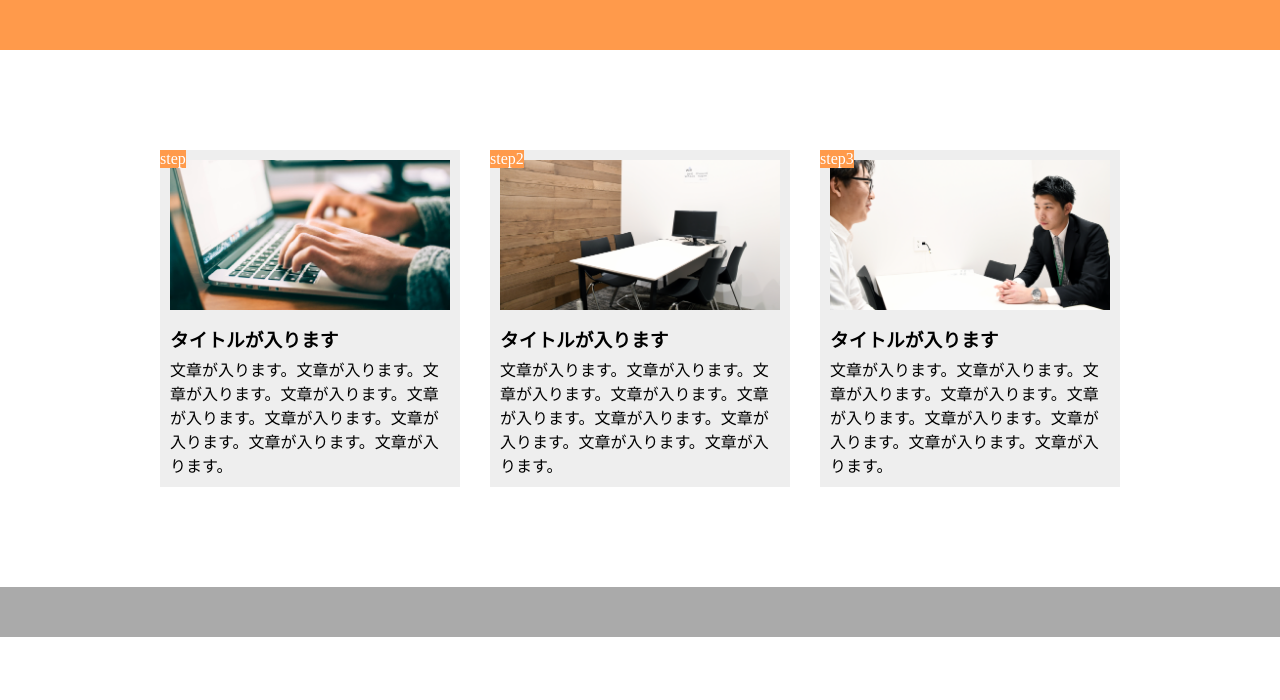
Repository: cyaomasa/java-
Page: chapter9/index9-2.html
The author's editor kept a record of every edit. The page is drawn from the files as they stood at one moment, then again after the next edit.
The browser window is 1280 px wide. The pictures show the whole page.
Some web libraries are served in a nearby version.

Above is the page before.

### chapter9/index9-2.html
<!DOCTYPE html>
<html lang="ja">
  <head>
    <meta charset="UTF-8" />

    <title>演習9</title>
    <script src="https://kit.fontawesome.com/7dea513659.js" crossorigin="anonymous"></script>
    <link rel="stylesheet" href="style9-2.css" />
  </head>

  <body>
    <header></header>
    <main>
      <div class="blog-item">
        <div class="blog-image1"></div>
          <span class="category">step</span>
        <h3 class="title">タイトルが入ります</h3>
        <P>文章が入ります。文章が入ります。文章が入ります。文章が入ります。文章が入ります。文章が入ります。文章が入ります。文章が入ります。文章が入ります。</P>
      </div>

      <div class="blog-item">
        <div class="blog-image2"></div>
          <span class="category">step2</span>
        <h3 class="title">タイトルが入ります</h3>
        <P>文章が入ります。文章が入ります。文章が入ります。文章が入ります。文章が入ります。文章が入ります。文章が入ります。文章が入ります。文章が入ります。</P>
      </div>

      <div class="blog-item">
        <div class="blog-image3"></div>
          <span class="category">step3</span>
        <h3 class="title">タイトルが入ります</h3>
        <P>文章が入ります。文章が入ります。文章が入ります。文章が入ります。文章が入ります。文章が入ります。文章が入ります。文章が入ります。文章が入ります。</P>
      </div>
    </main>


    <footer></footer>
  </body>

### chapter9/style9-2.css
* {
  margin: 0;
  padding: 0;
  box-sizing: border-box;
}
header {
  height: 50px;
  background-color: #FF9A4B;
}

main {
  padding: 50px 0;
  width: 960px;
  display: flex;
  justify-content: center;
  margin: 50px auto;
}

.blog-item {
width: 300px;
padding: 10px;
margin-right: 30px;
background-color: #EEEEEE;
position: relative;
}

.blog-item:last-child {
  margin-right: 0;
}

.category {
  position: absolute;
  top: 0;
  left: 0;
  background-color: #FF9A4B;
  color: #FFFFFF;
}

.blog-image1 {
  background-image: url(img/flow01.png);
  height: 150px;
  background-position: bottom;
  background-size: cover;
}

.blog-image2 {
  background-image: url(img/flow02.png);
  height: 150px;
  background-position: bottom;
  background-size: cover;
}

.blog-image3 {
  background-image: url(img/flow03.png);
  height: 150px;
  background-position: bottom;
  background-size: cover;
}
.title {
  margin: 15px 0 5px;
}

footer {
  height: 50px;
  background-color: #AAAAAA;
}

@media screen and (max-width: 768px) {

header {
  width: 100%;
}

main {
  width: 100%;
  display: block;

}
}

After the next edit:
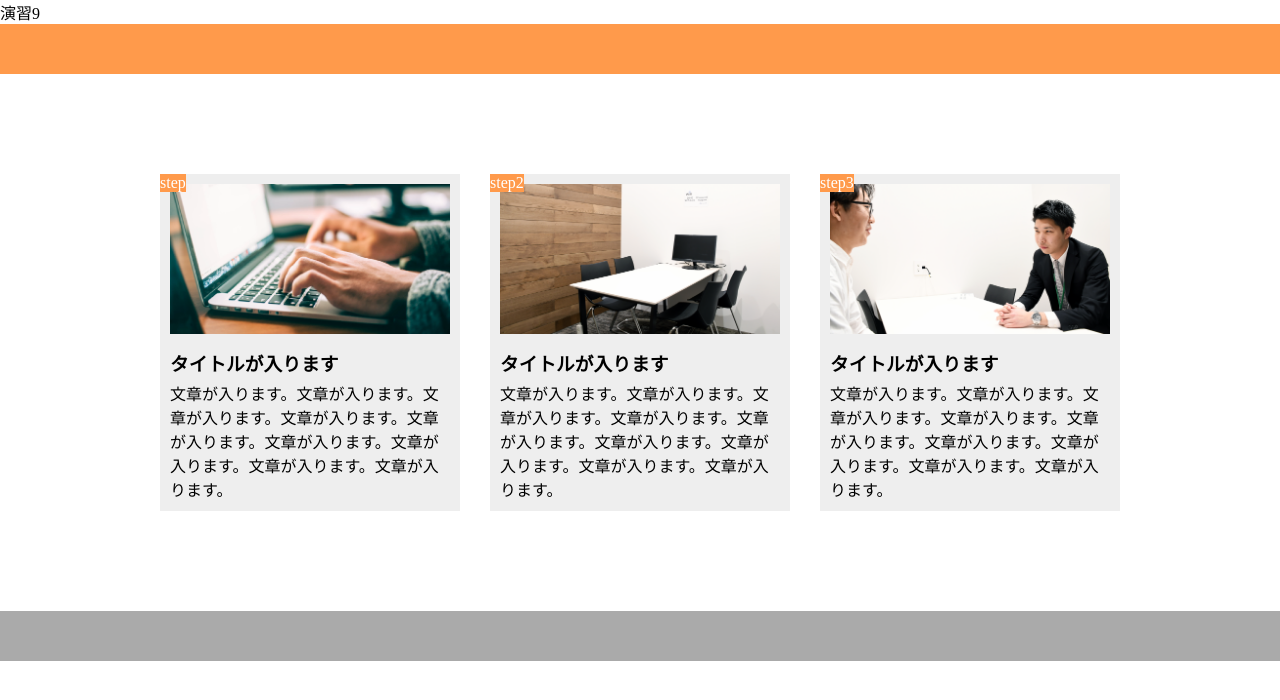
The edit:
--- a/chapter9/index9-2.html
+++ b/chapter9/index9-2.html
@@ -2,6 +2,7 @@
 <html lang="ja">
   <head>
     <meta charset="UTF-8" />
+    <meta na
 
     <title>演習9</title>
     <script src="https://kit.fontawesome.com/7dea513659.js" crossorigin="anonymous"></script>

After the edit that followed:
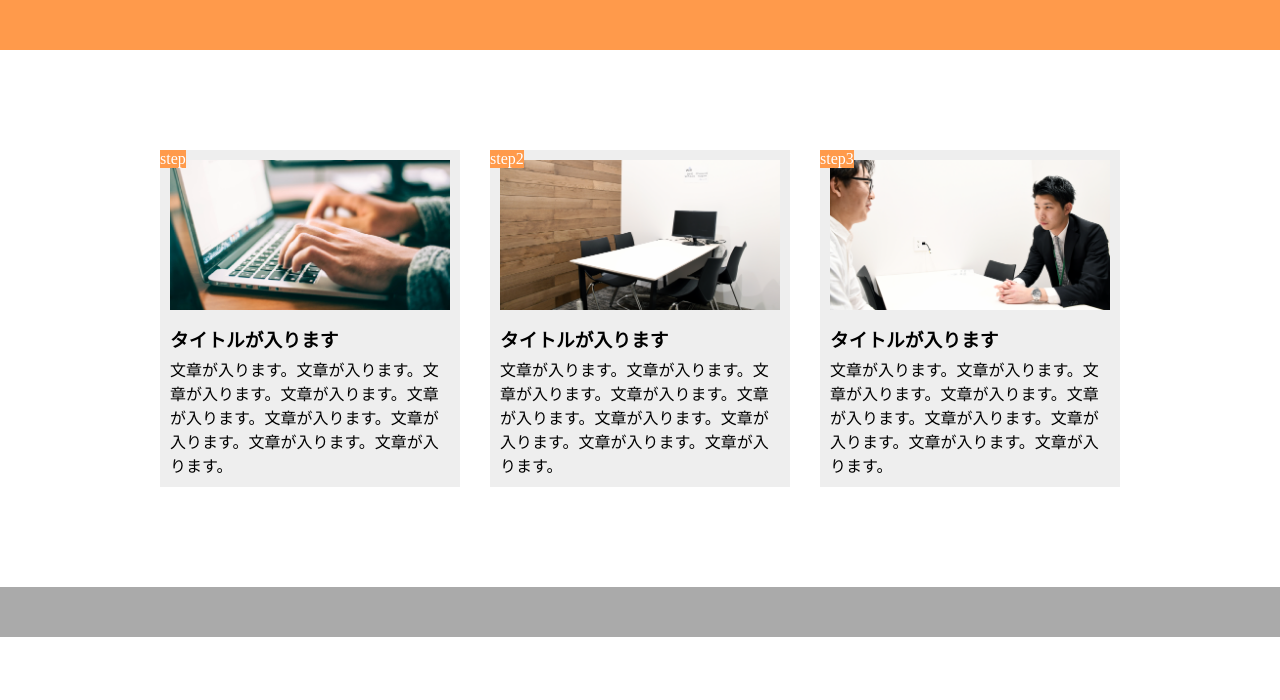
The edit:
--- a/chapter9/index9-2.html
+++ b/chapter9/index9-2.html
@@ -2,7 +2,7 @@
 <html lang="ja">
   <head>
     <meta charset="UTF-8" />
-    <meta na
+    <meta name="viewport" content="width=device-width,initial-scale=1,0">
 
     <title>演習9</title>
     <script src="https://kit.fontawesome.com/7dea513659.js" crossorigin="anonymous"></script>
